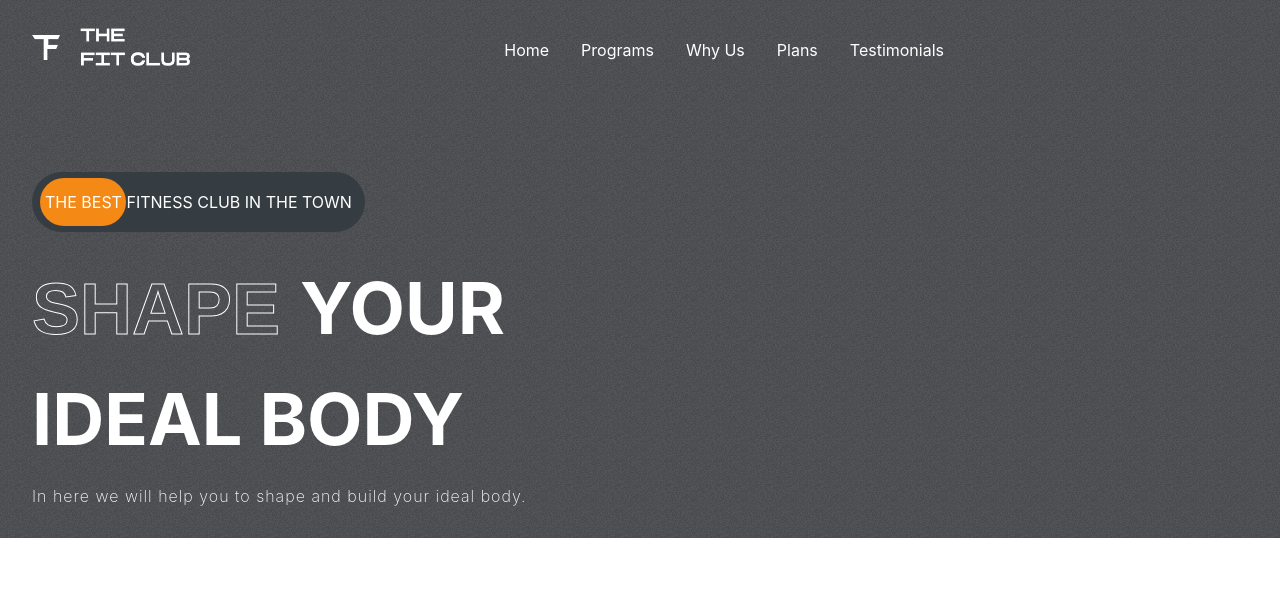
Repository: guilhermecardoso93/fit-club-site
Page: /
An editor plug-in stored every save of this project. The page is shown before and after the next save, followed by the edit.
The browser window is 1280 px wide. The pictures show the whole page.
The project was rebuilt for these pictures with package versions that can differ from the ones it lists, and the page was loaded fresh each time.

Above is the page before, as saved 2023-09-05 20:22:31.

After the next save:
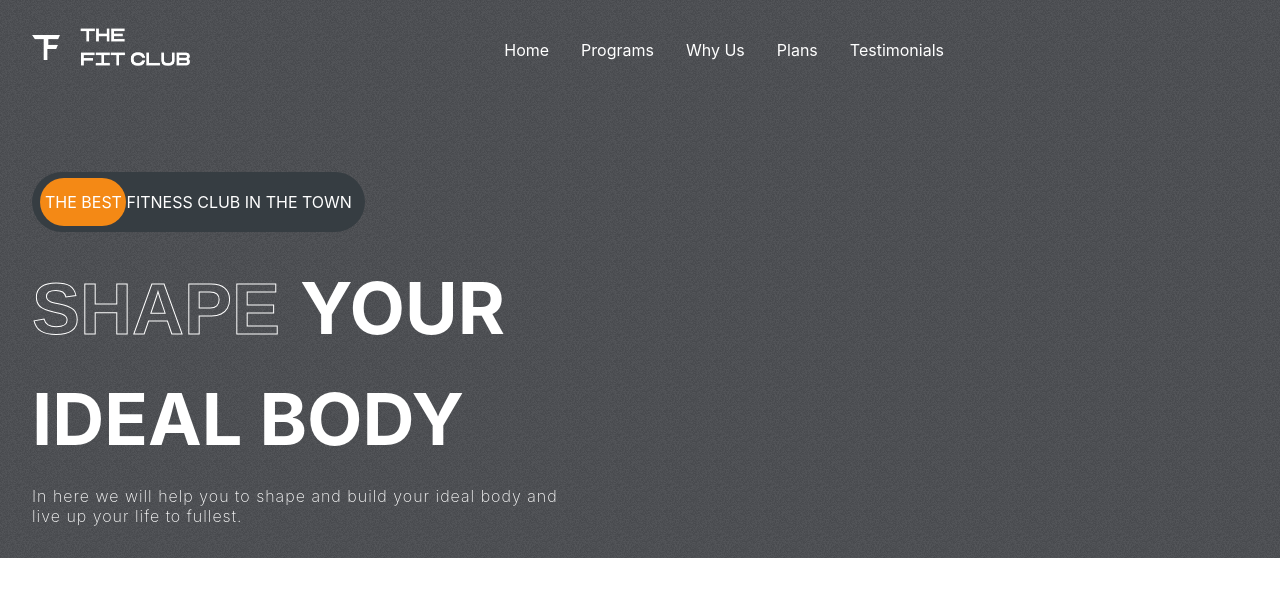
Saved 65 s later.
--- a/src/components/Hero/index.jsx
+++ b/src/components/Hero/index.jsx
@@ -23,7 +23,7 @@
           </div>
           <div>
             <span>
-              In here we will help you to shape and build your ideal body.
+              In here we will help you to shape and build your ideal body and live up your life to fullest.
             </span>
           </div>
         </div>
